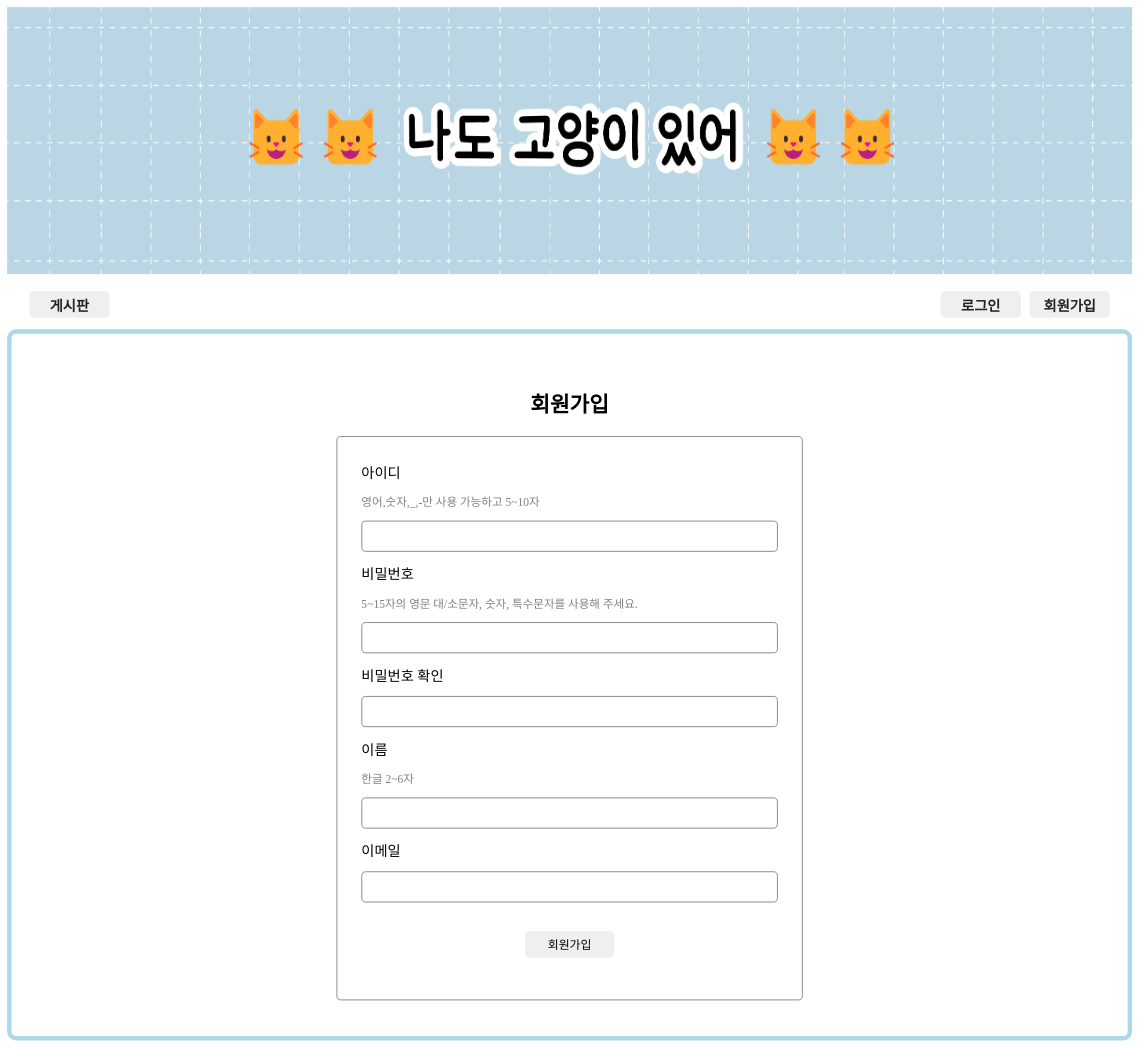
Repository: hh7711/Goit
Page: http://localhost/Goit/WEB-INF/views/signUpPage.jsp
The author's editor kept a copy of each file at every save. The page is drawn from the files as they stood at one save, then again after the next save.
The browser window is 1280 px wide. The pictures show the whole page, at 89% of full size.
Some web fonts or font styles are not loaded; a fallback is used. The page is served by Tomcat 9. Nobody is signed in. Other server files are loaded and not shown. The template is opened directly, without the code that normally fills it, so the values that code supplies are empty.

Above is the page before, as saved 2023-08-03 07:38:08.

### Goit/src/main/webapp/WEB-INF/views/signUpPage.jsp
<%@ page language="java" contentType="text/html; charset=UTF-8"
    pageEncoding="UTF-8"%>
<%@ taglib prefix="c" uri="http://java.sun.com/jsp/jstl/core" %>
<!DOCTYPE html>
<html>
<head>
<meta charset="UTF-8">
<title>나도 고양이 있어</title>
    <style>
    	@font-face {
		    font-family: 'Dovemayo_gothic';
		    src: url('https://cdn.jsdelivr.net/gh/projectnoonnu/noonfonts_2302@1.1/Dovemayo_gothic.woff2') format('woff2');
		    font-weight: normal;
		    font-style: normal;
		}
		body,button,textarea {
			font-family: 'Dovemayo_gothic';
		}
		#main1{
			border: 5px solid lightblue;
			border-radius: 10px;
		}
		.headBtnDiv{
			margin-bottom: 30px; margin-top: 10px;
			margin-left: 20px; margin-right: 20px;
		}
    	.headBtn{
        	border: 0.5px;
        	width: 90px;
        	height: 30px;
        	color: rgb(34, 34, 34);
        	border-radius: 5px;
        	font-size: medium;
        	font-weight: bold;
        	margin: 5px;
        }
        .headBtn:hover{
        	background-color: rgb(211, 253, 255);
        }
        .headId{
        	font-size: medium;
        	font-weight: bold;
        	margin-top: 8px; margin-left: 5px; margin-right: 5px; margin-bottom: 10px;
        }
        table{
            margin-left: auto; margin-right: auto;
            margin-top: 40px; margin-bottom: 40px;
            border: 0.2px solid gray;
            border-radius: 5px;
            align-content: center;
            padding: 20px;
        }
        tr,td{
        	padding: 5px;
        }
        input{
            /* border-top: none; border-left: none; border-right: none; */
            /* border-bottom: 0.5px solid; */
            /* border-top-left-radius: 5px; border-top-right-radius: 5px; */
            border: 0.5px solid gray;
            border-radius: 5px;
            height: 23px;
            font-family: 'Dovemayo_gothic';
            padding: 5px;
        }
        .write:focus{
            background-color: #E8F5FF;
            color: rgb(75, 75, 75);
            outline: none;
            /* box-shadow: 0 0 0 2px #f00; */
        }
        #signUp{
            border: none;
            border-radius: 5px;
            width: 100px;
            height: 30px;
        }
        #signUp:hover{
            background-color: #E8F5FF;
        }
        .displaynone{
        	color: red;
        	font-size: small;
        }
    </style>
</head>
<body>
<!-- 상단 -->
	<div>
		<a href="mainPage">
			<img style="height: 300px;" alt="오류" src="resources/main/main15.png" width="100%">
		</a>
	</div>
	<div class="headBtnDiv">
		<button type="button" class="headBtn" style="float: left;" onclick="location.href='boardList'">게시판</button>
		<c:if test="${dto == null}">
			<button type="button" class="headBtn" style="float: right;" onclick="location.href='signUpPage'">회원가입</button>
			&nbsp;<button type="button" class="headBtn" style="float: right;" onclick="location.href='signInPage'">로그인</button>
		</c:if>
		<c:if test="${dto != null}">
			<button type="button" class="headBtn" style="float: right;" onclick="location.href='signOut'">로그아웃</button>&nbsp;
			<button type="button" class="headBtn" style="float: right;" onclick="location.href='myPage'">마이페이지</button>
			<span class="headId" style="float: right;">${dto.id}님</span>
		</c:if>
	</div>
<!-- 상단 -->
	<div id="main1">
		<div id="main2">
			<div><!-- 본문 -->
				<form method="post" action="signUp" name="signup">
					<table>
						<caption><h2>회원가입</h2></caption>
						<tr>
			                <td>아이디</td>
						</tr>
						<tr>
			                <td style="color: gray; font-size: small;">
			                	영어,숫자,_,-만 사용 가능하고 5~10자
			                </td>
						</tr>
			            <tr>
			                <td>
			                    <!-- <input type="text" name="id" id="id" placeholder="아이디를 입력하세요"> -->
			                    <input type="text" name="id" id="id" class="write" size="60" maxlength="10">
			                </td>
			            </tr>
						<tr id="idX" style="display: none;">
							<td style="height: 10px">
			                   	<span class="displaynone">사용할 수 없는 아이디입니다. 다른 아이디를 입력해 주세요.</span>
			                </td>
						</tr>
						<tr id="idO" style="display: none;">
			                <td>
			                    <span class="displaynone">사용 가능한 아이디 입니다.</span>
			                </td>
						</tr>
						<tr>
			                <td>
			                	비밀번호
			                </td>
						</tr>
						<tr>
			                <td style="color: gray; font-size: small;">
			                	<span>5~15자의 영문 대/소문자, 숫자, 특수문자를 사용해 주세요.</span>
			                </td>
						</tr>
			            <tr>
			                <td>
			                    <input type="password" id="pwd1" class="write" size="60" maxlength="15">
			                </td>
			            </tr>
						<tr>
			                <td>비밀번호 확인</td>
						</tr>
			            <tr>
			                <td>
			                    <input type="password" name="pwd" id="pwd2" class="write" size="60" maxlength="15">
			                </td>
			            </tr>
			            <tr id="pwdX" style="display: none;">
			                <td>
			                    <span class="displaynone">비밀번호가 일치하지 않습니다.</span>
			                </td>
			            </tr>
			            <tr id="pwdO" style="display: none;">
			                <td>
								<span class="displaynone">비밀번호가 일치합니다.</span>
			                </td>
			            </tr>
						<tr>
			                <td>이름</td>
						</tr>
						<tr>
			                <td style="color: gray; font-size: small;">
			                	한글 2~6자
			                </td>
						</tr>
			            <tr>
			                <td colspan="2">
			                    <input type="text" name="name" id="name" class="write" size="60" maxlength="6">
			                </td>
			            </tr>
						<tr>
			                <td>이메일</td>
						</tr>
			            <tr>
			                <td colspan="2">
			                    <input type="text" name="email" id="email" class="write" size="60">
			                </td>
			            </tr>
			            <tr>
			                <td align="center">
			                    <div style="margin: 20px;">
			                        <button type="button" id="signUp">회원가입</button>
			                    </div>
			                </td>
			            </tr>
					</table>
				</form>
			</div><!-- 본문 -->
		</div><!-- main1 -->
	</div><!-- main2 -->
    <script src="https://ajax.googleapis.com/ajax/libs/jquery/3.3.1/jquery.min.js"></script>
    <script type="text/javascript">
        var idCheck = false;
        var pwdCheck = false;
        $("#id").on("propertychange change keyup paste input", function () {
        	var id = $(this).val();
            $.ajax({
                url: "idCheck",
                type: "post",
                data: {id : id},
                dataType: "json",
                success : function(result) {
                    if (result == 2) {
                        $("#idO").show();
                        $("#idX").hide();
                        idCheck = true;
                    }else if (result == 1) {
                        $("#idX").show();
                        $("#idO").hide();
                        idCheck;
                    }
                },
                error: function(){
                    alert("오류");
                }
            });
        });
        $("#pwd2").on("propertychange change keyup paste input", function () {
        	console.log("비밀번호 입력중")
			if ($("#pwd1").val() != $("#pwd2").val()) {
			    $("#pwdX").show();
			    $("#pwdO").hide();
			}else if ($("#pwd1").val() == $("#pwd2").val()) {
			    $("#pwdO").show();
			    $("#pwdX").hide();
			}
        });
//      아이디, 비밀번호, 이름, 이메일 유효성검사를 위한 정규식
// 		영어,숫자,_,-만 사용 가능하고 5~10자
        var userIdCheck = RegExp(/^[A-Za-z0-9_\-]{5,10}$/);
//      영문 대/소문자, 숫자, 특수문자를 하나 이상 포함하여 5~15자
        var userPwdCheck = (/^(?=.*[a-z])(?=.*[A-Z])(?=.*[0-9])(?=.*[!@#$%^*?]).{5,15}$/);
//         한글 2~6자
        var userNameCheck = RegExp(/^[가-힣]{2,6}$/);

        var userEmailCheck = RegExp(/^[A-Za-z0-9_\.\-]+@[A-Za-z0-9\-]+\.[A-Za-z0-9\-]+/);

//      회원가입 버튼 눌렀을때
        $("#signUp").on("click", function() {
			if ($("#id").val() == "") {
				alert("아이디를 입력해주세요.");
				$("#id").focus();
				return false;
			}
			if(!userIdCheck.test($("#id").val())){
		        alert("아이디 형식에 맞게 입력해주세요.");
		        $("#id").focus();
		        return false;
	      	}
        	if (idCheck == false) {
        		alert("이미 존재하는 아이디 입니다.");
				$("#id").focus();
				return false;
			}
			if ($("#id").val().length < 5) {
				alert("아이디는 5글자 이상이여야 합니다");
				$("#id").focus();
				return false;
			}
			if ($("#pwd1").val() == "" || $("#pwd2").val() == "") {
				alert("비밀번호를 입력해주세요.");
				$("#pwd1").focus();
				return false;
			}
			if ($("#id").val() == $("#pwd1").val()) {
				alert("아이디를 비밀번호로 사용할 수 없습니다.");
				$("#pwd1").val("");
				$("#pwd1").focus();
				return false;
			}
			if ($("#pwd1").val().length < 5) {
				alert("비밀번호는 5자 이상이여야 합니다.");
				$("#pwd1").focus();
				return false;
			}
			if ($("#pwd1").val() != $("#pwd2").val()) {
				alert("비밀번호가 일치하지 않습니다.");
				$("#pwd1").focus();
				return false;
			}
			if(!userPwdCheck.test($("#pwd1").val())){
		        alert("비밀번호 형식에 맞게 입력해주세요.");
		        $("#pwd1").focus();
		        return false;
	      	}
			if ($("#name").val() == "") {
				alert("이름을 입력해주세요.");
				$("#name").focus();
				return false;
			}
			if(!userNameCheck.test($("#name").val())){
		        alert("이름똑바로~");
		        $("#name").focus();
		        return false;
	      	}
			if ($("#email").val() == "") {
				alert("이메일을 입력해주세요.");
				$("#email").focus();
				return false;
			}
			if(!userEmailCheck.test($("#email").val())){
		        alert("이메일주소가 올바르지 않습니다.");
		        $("#email").focus();
		        return false;
	      	}
			document.signup.submit();
		});
    </script>
</body>
</html>

After the next save:
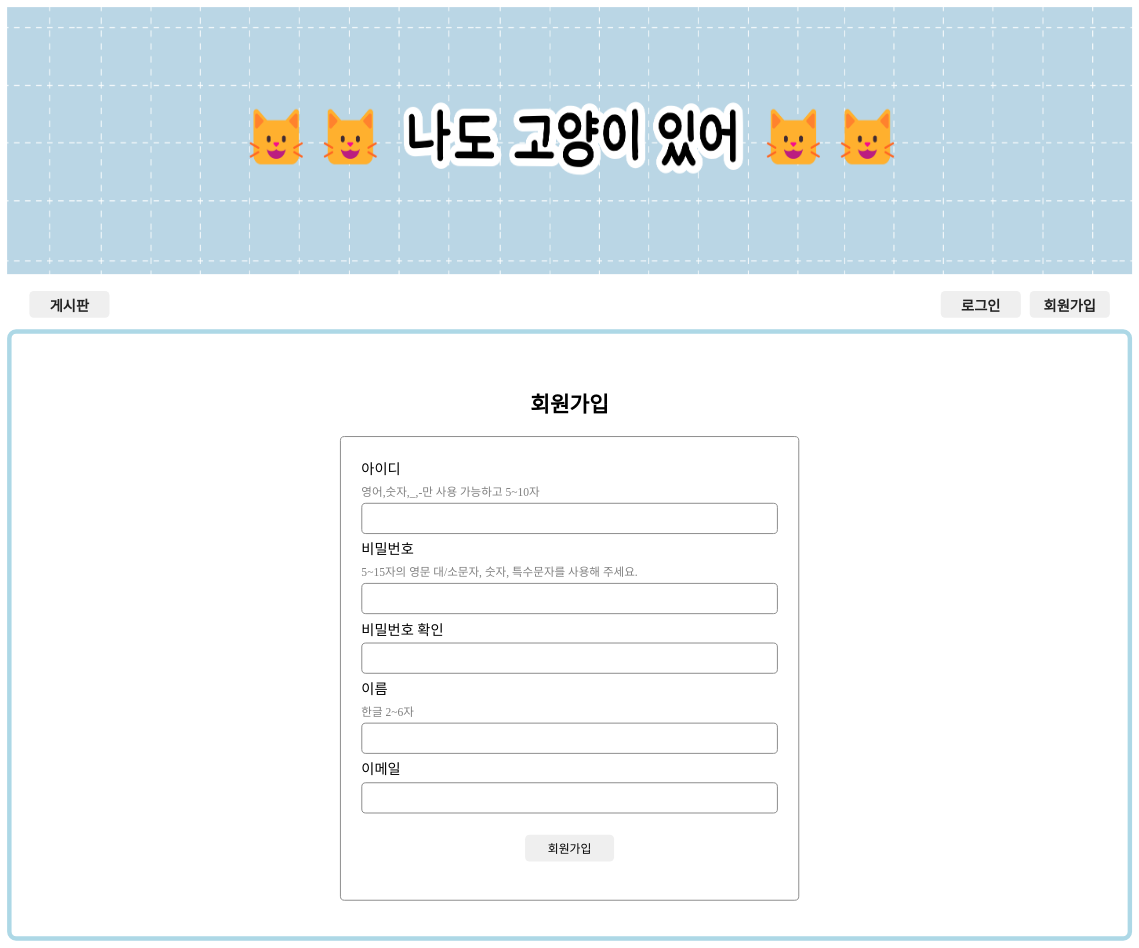
Saved 23 s later.
--- a/Goit/src/main/webapp/WEB-INF/views/signUpPage.jsp
+++ b/Goit/src/main/webapp/WEB-INF/views/signUpPage.jsp
@@ -50,7 +50,7 @@
             align-content: center;
             padding: 20px;
         }
-        tr,td{
+        tr{
         	padding: 5px;
         }
         input{
